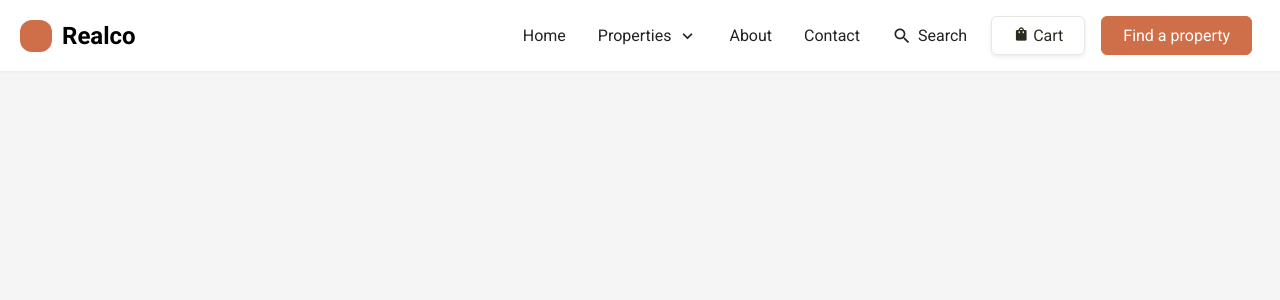
Repository: bek77g/realco
Page: index.html
An editor plug-in stored every save of this project. The page is shown before and after the next save, followed by the edit.
The browser window is 1280 px wide. The pictures show the whole page.
The style sheet was rebuilt from its Sass, Less or Tailwind sources for each picture, by a compiler version that may differ from the author's.

Above is the page before, as saved 2023-04-13 21:43:51.

After the next save:
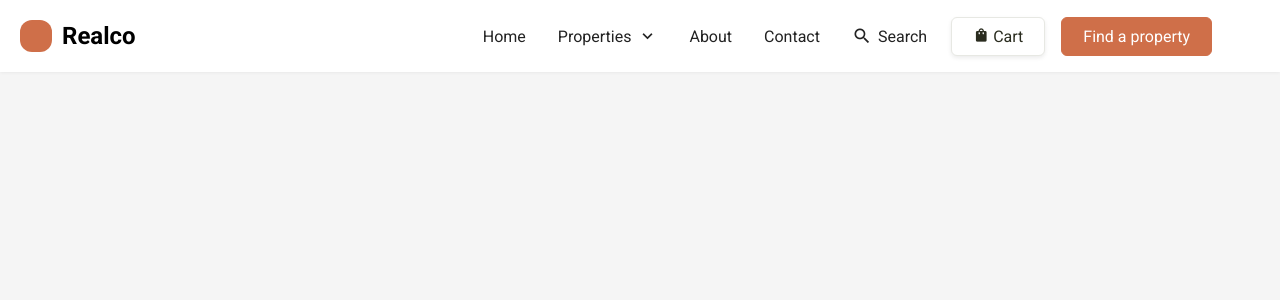
Saved 71 s later.
--- a/src/styles/_header.scss
+++ b/src/styles/_header.scss
@@ -62,4 +62,23 @@
       }
     }
   }
+  &__burger {
+    &-icon {
+      cursor: pointer;
+      margin: 0 auto;
+      padding-left: 1.25em;
+      position: relative;
+      width: 40px;
+      height: 40px;
+    }
+    &-global {
+      -webkit-backface-visibility: hidden;
+      backface-visibility: hidden;
+      position: absolute;
+      left: 0;
+      border-top: 7px solid white;
+      width: 100%;
+      transition: 0.55s;
+    }
+  }
 }
